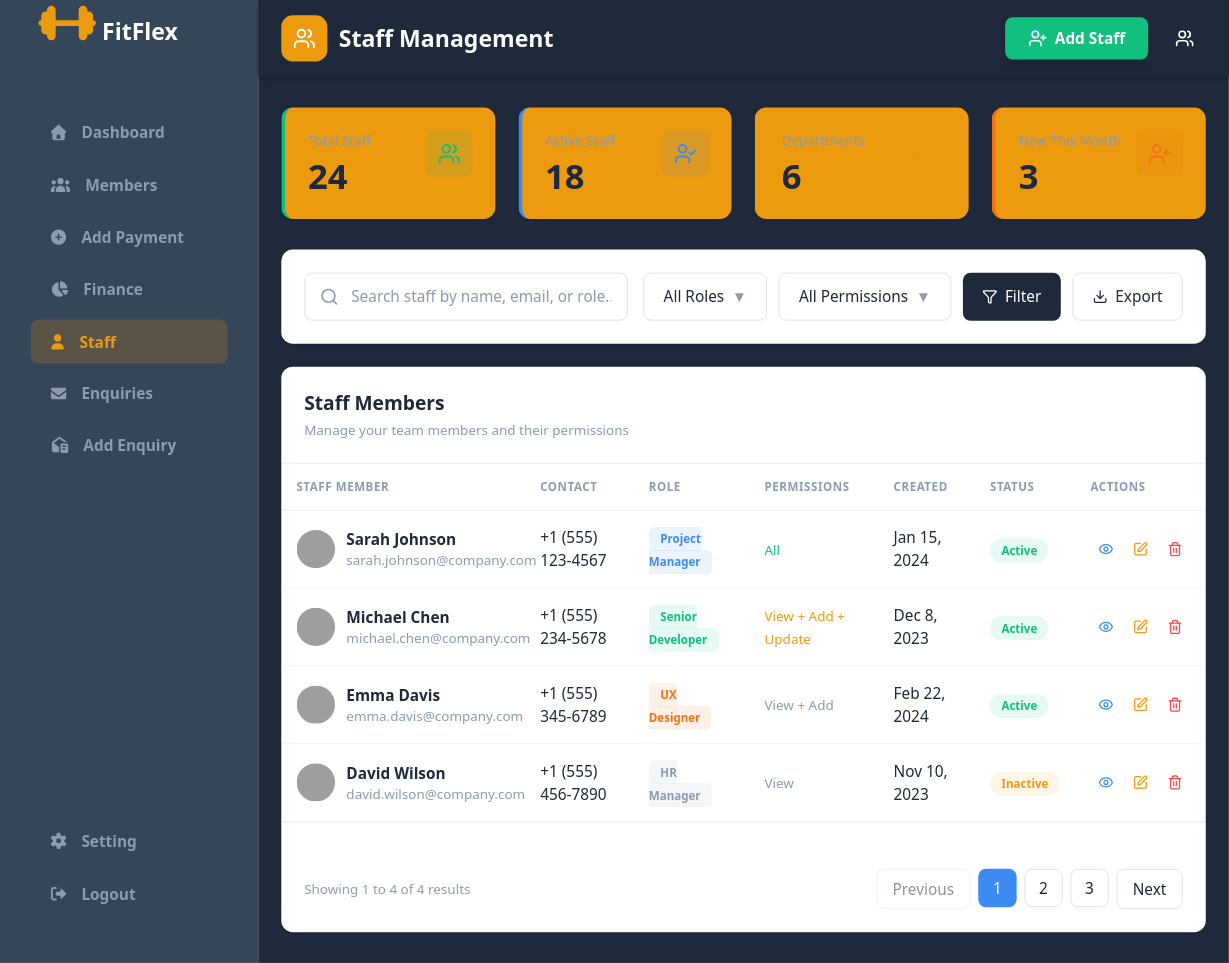
Repository: MuhammadTalhaTaj/gym_management_app_backend
Page: /staff (app in frontend/)
An editor plug-in stored every save of this project. The page is shown before and after the next save, followed by the edit.
The browser window is 1280 px wide. The pictures show the whole page, at 96% of full size.
Pictures or frames that could not be fetched are drawn as grey boxes. The project was rebuilt for these pictures with package versions that can differ from the ones it lists, and the page was loaded fresh each time. Also part of the build but not shown: frontend/vite.config.ts, frontend/src/assets/styles/AdminHeader.css, frontend/src/Components/AdminHeader.tsx, frontend/src/assets/styles/AdminDashboard.css, frontend/src/hooks/useDashboardData.ts, frontend/src/assets/styles/AdminDashboardStats.css, frontend/src/Components/AdminDashboardStats.tsx, frontend/src/Components/IncomeExpenseChart.tsx and 30 more.

Above is the page before, as saved 2025-11-21 09:57:32.

After the next save:
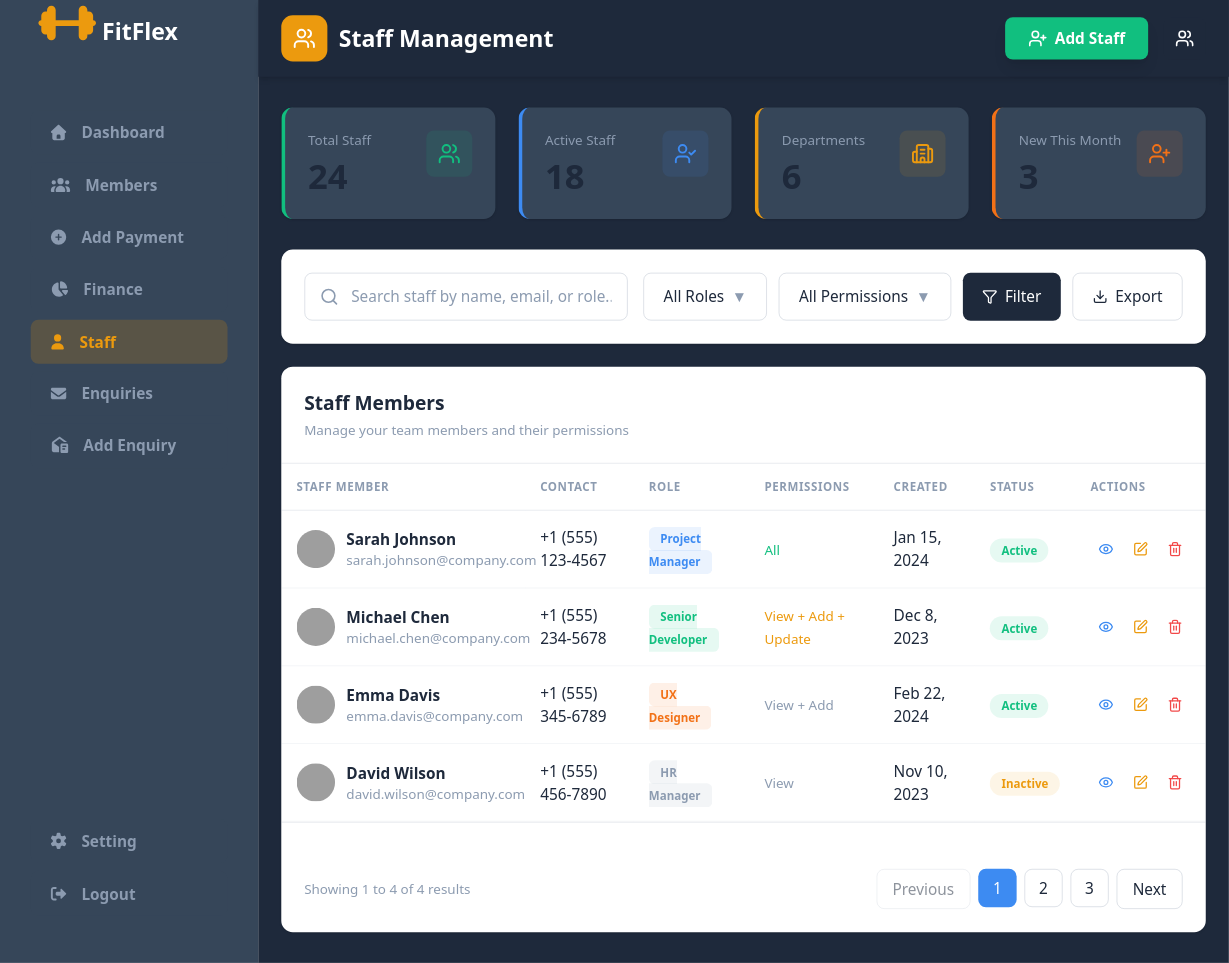
Saved 6 s later.
--- a/frontend/src/pages/Admin/Staff.tsx
+++ b/frontend/src/pages/Admin/Staff.tsx
@@ -60,7 +60,7 @@ const statsData = [
 const StatCard = ({ stat }) => {
   const Icon = stat.icon;
   return (
-    <div className={`bg-[var(--secondary-100)] rounded-xl p-6 border-l-4 ${stat.borderColor} shadow-sm hover:shadow-md transition-shadow`}>
+    <div className={`bg-[var(--primary-100)] rounded-xl p-6 border-l-4 ${stat.borderColor} shadow-sm hover:shadow-md transition-shadow`}>
       <div className="flex items-start justify-between">
         <div>
           <p className="text-[#8C9BB0] text-sm font-medium mb-2">{stat.label}</p>
